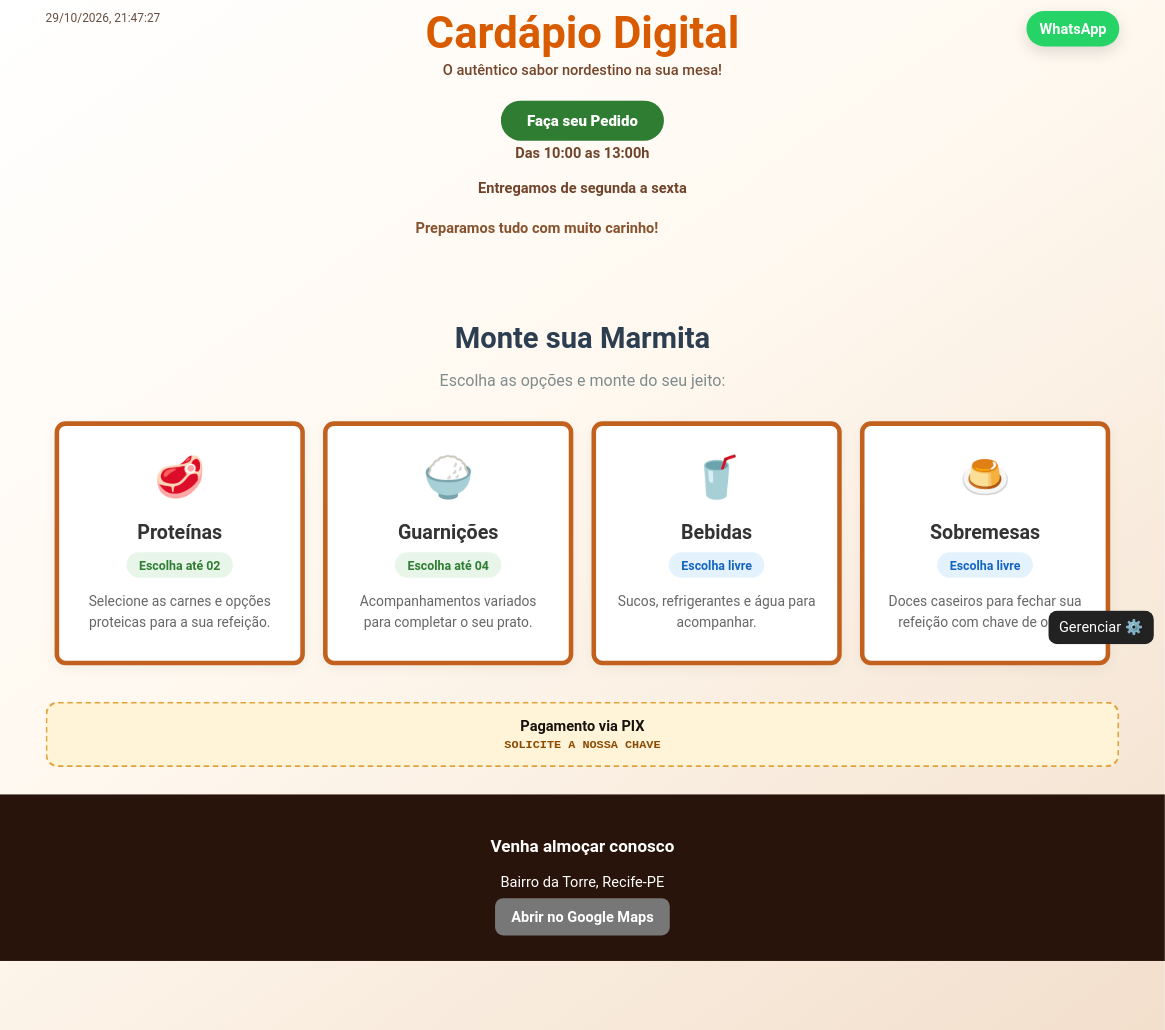
Repository: JeffRodFer/sd-copy-01-frontend
Page: index.html
An editor plug-in stored every save of this project. The page is shown before and after the next save, followed by the edit.
The browser window is 1280 px wide. The pictures show the whole page, at 91% of full size.
The page's requests for data from a server got no answer.

Above is the page before, as saved 2026-10-30 11:25:50.

After the next save:
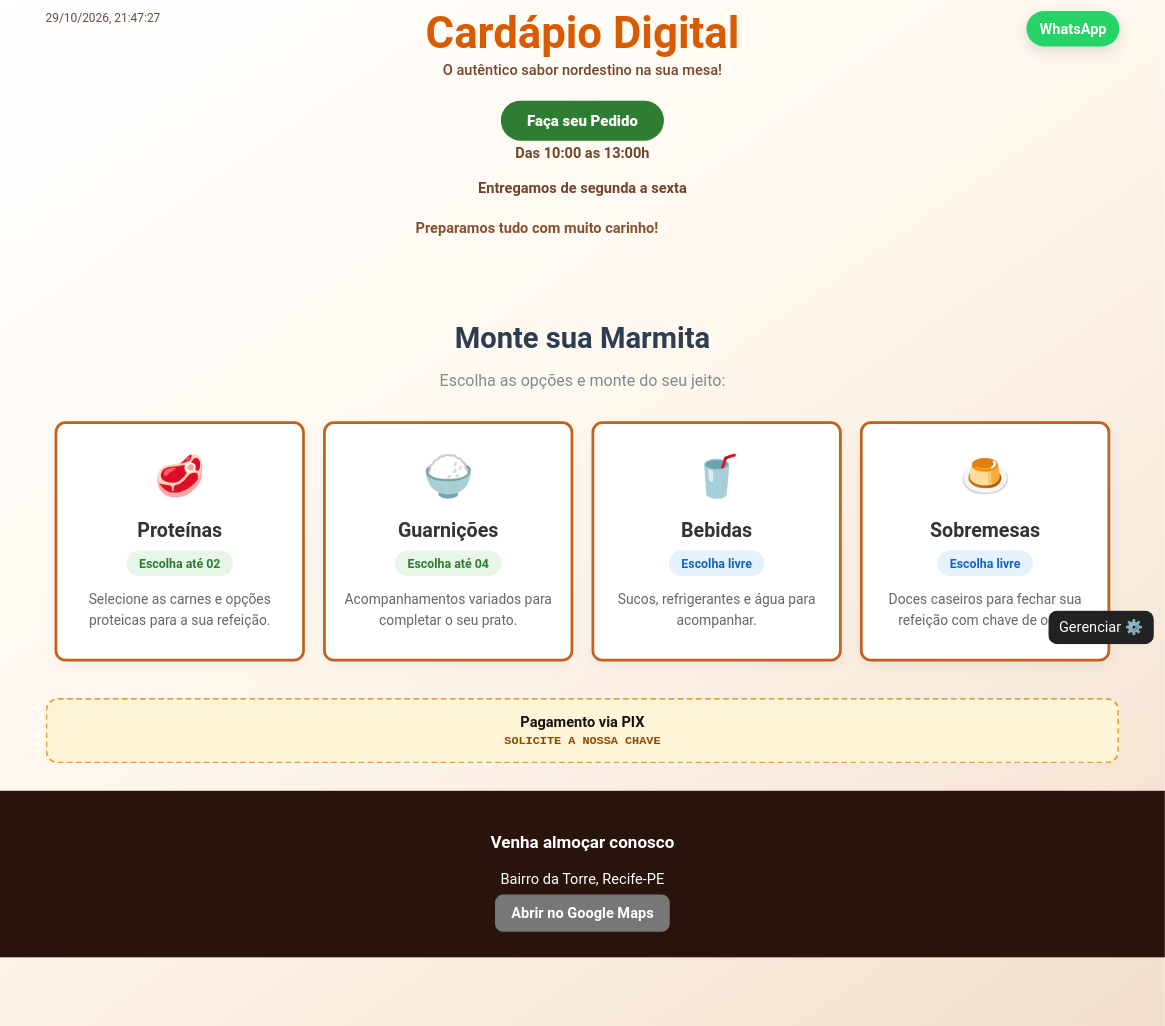
Saved 76 s later.
--- a/style.css
+++ b/style.css
@@ -310,7 +310,7 @@ ESTILOS DA SEÇÃO DE CATEGORIAS (PÁGINA PRINCIPAL)
   padding: 30px 20px;
   box-shadow: 0 4px 15px rgba(0, 0, 0, 0.05);
   transition: transform 0.3s ease, box-shadow 0.3s ease;
-  border: 5px solid #c1611d;
+  border: 3px solid #c1611d;
   text-align: center;
 }
 
